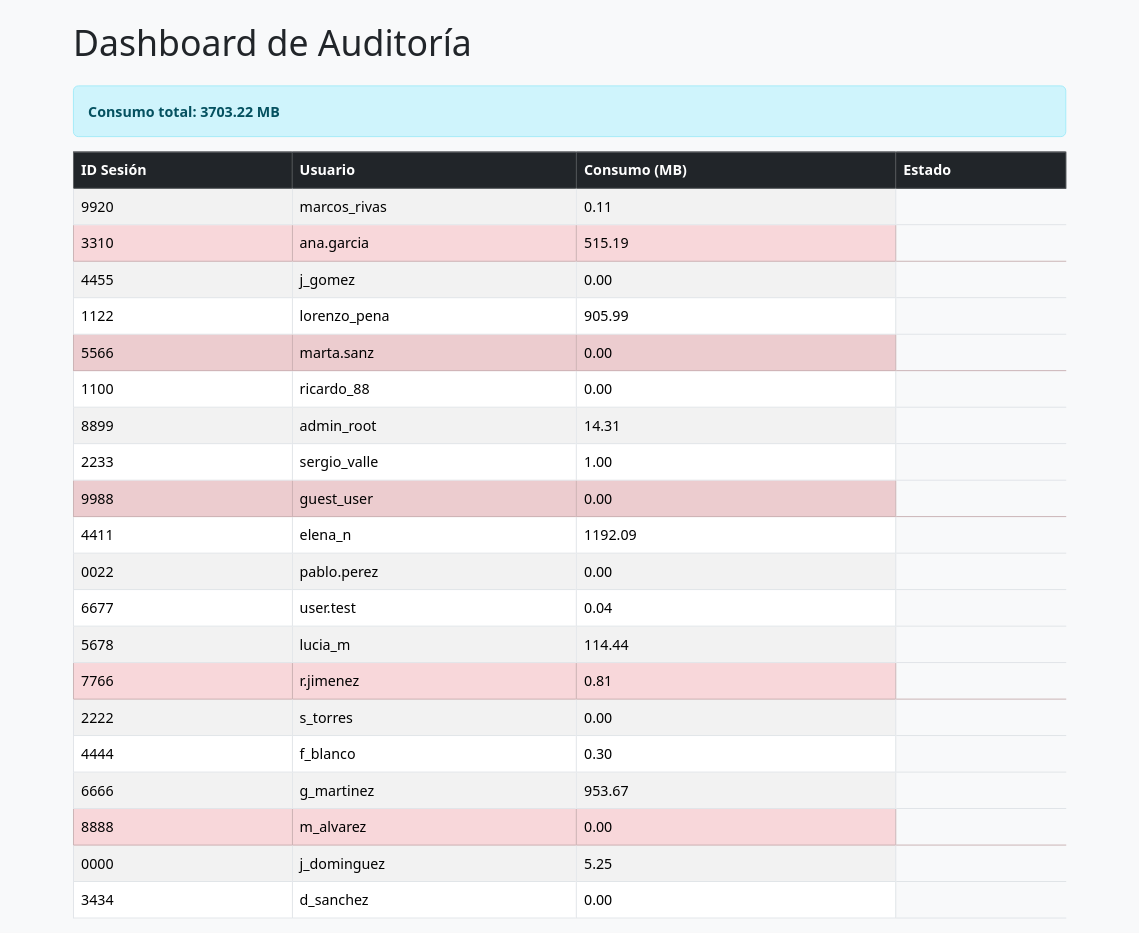
Repository: osoriomrs/DWEC
Page: EJER_16/Ejercicio1/index.html
These files come from the project's save history. The page is drawn as it stood at one moment and after the next save; the edit follows.
The browser window is 1280 px wide. The pictures show the whole page, at 89% of full size.

Above is the page before, as saved 2026-01-14 10:17:54.

### EJER_16/Ejercicio1/index.html
<!DOCTYPE html>
<html lang="es">
<head>
  <meta charset="UTF-8">
  <title>Dashboard Auditoría</title>
  <link href="https://cdn.jsdelivr.net/npm/bootstrap@5.3.2/dist/css/bootstrap.min.css" rel="stylesheet">
</head>
<body class="bg-light">

<div class="container mt-4">
  <h1 class="mb-4">Dashboard de Auditoría</h1>

  <div id="total" class="alert alert-info fw-bold"></div>

  <table class="table table-bordered table-striped">
    <thead class="table-dark">
      <tr>
        <th>ID Sesión</th>
        <th>Usuario</th>
        <th>Consumo (MB)</th>
        <th>Estado</th>
      </tr>
    </thead>
    <tbody id="tabla"></tbody>
  </table>
</div>

<script src="scripts/app.js"></script>
</body>
</html>

### EJER_16/Ejercicio1/scripts/app.js
const tabla = document.getElementById("tabla")
const totalDiv = document.getElementById("total")

async function cargarLogs() {
  try {
    const res = await fetch("data/logs.txt")
    if (!res.ok) throw new Error()
    const texto = await res.text()
    procesarLogs(texto)
  } catch {
    totalDiv.className = "alert alert-danger"
    totalDiv.textContent = "Error cargando el archivo de logs"
  }
}

function procesarLogs(texto) {
  const lineas = texto.split("\n")
  let totalMB = 0

  lineas.forEach(linea => {
    const limpia = linea.trim()
    if (!limpia) return

    const idParte = limpia.slice(limpia.indexOf("ID:") + 3, limpia.indexOf("|")).trim()
    const id = idParte.slice(idParte.indexOf("-") + 1)

    const usuario = limpia
      .slice(limpia.indexOf("user:") + 5, limpia.indexOf("| consumo"))
      .trim()
      .toLowerCase()

    const consumoStr = limpia
      .slice(limpia.indexOf("consumo:") + 8, limpia.indexOf("bytes"))
      .trim()

    const bytes = Number(consumoStr)
    const mb = bytes / 1024 / 1024
    totalMB += mb

    const error = limpia.includes("ERROR")

    const tr = document.createElement("tr")
    if (error) tr.classList.add("table-danger")

    tr.innerHTML = `
      <td>${id}</td>
      <td>${usuario}</td>
      <td>${mb.toFixed(2)}</td>
    `

    tabla.appendChild(tr)
  })

  totalDiv.textContent = `Consumo total: ${totalMB.toFixed(2)} MB`
}

cargarLogs()

After the next save:
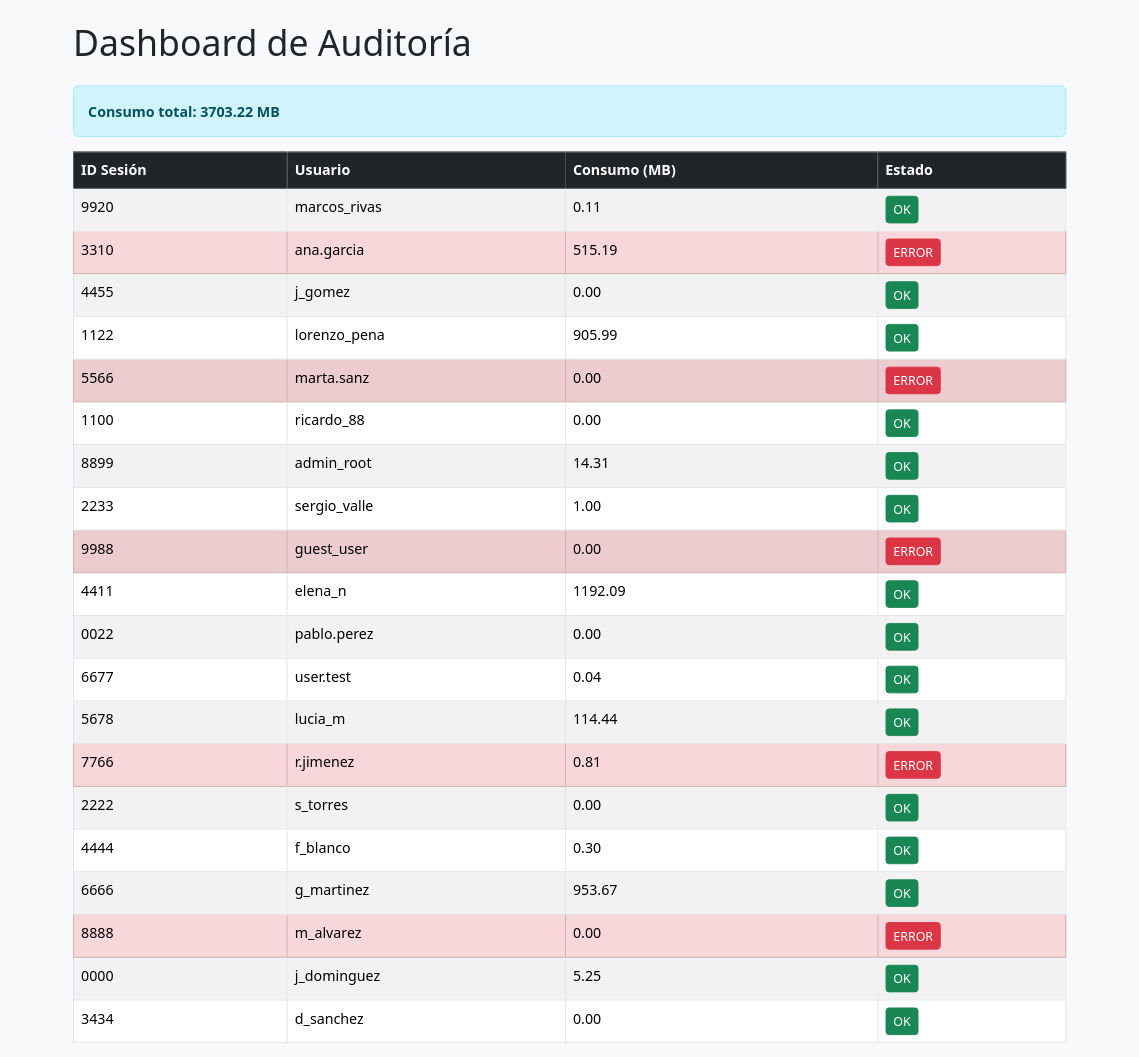
Saved 18 s later.
--- a/EJER_16/Ejercicio1/scripts/app.js
+++ b/EJER_16/Ejercicio1/scripts/app.js
@@ -42,10 +42,15 @@ function procesarLogs(texto) {
     const tr = document.createElement("tr")
     if (error) tr.classList.add("table-danger")
 
+    const estadoBtn = error
+      ? `<button class="btn btn-danger btn-sm">ERROR</button>`
+      : `<button class="btn btn-success btn-sm">OK</button>`
+
     tr.innerHTML = `
       <td>${id}</td>
       <td>${usuario}</td>
       <td>${mb.toFixed(2)}</td>
+      <td>${estadoBtn}</td>
     `
 
     tabla.appendChild(tr)
